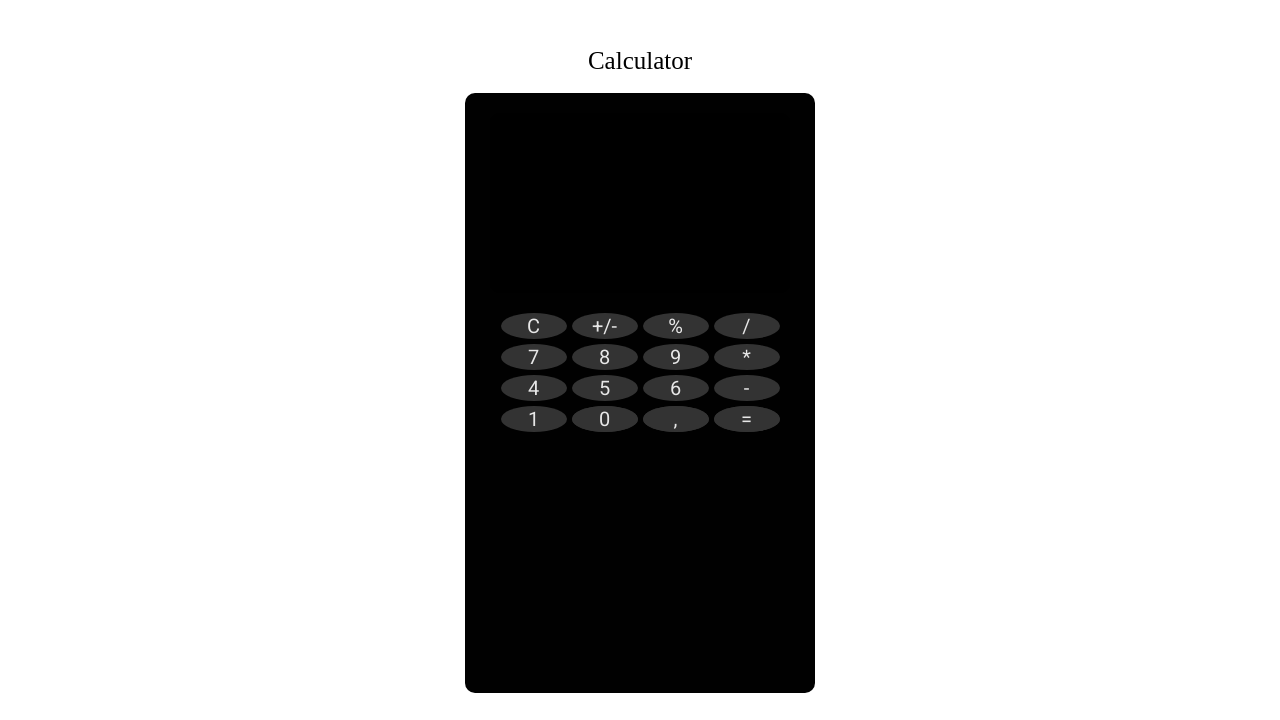
Repository: Gibon9/SimpleCalc
Page: index.html
The author's editor kept a copy of each file at every save. The page is drawn from the files as they stood at one save, then again after the next save.
The browser window is 1280 px wide. The pictures show the whole page.
Some web fonts or font styles are not loaded; a fallback is used.

Above is the page before, as saved 2020-11-27 19:32:22.

### index.html
<!DOCTYPE html>
<html lang="en">
  <head>
    <meta charset="UTF-8" />
    <meta name="viewport" content="width=device-width, initial-scale=1.0" />
    <link rel="stylesheet" href="style/reset.css" />
    <link rel="stylesheet" href="style/style.css" />
    <title>Calculator</title>
  </head>

  <body>
    <main class="main">
      <h1 class="title">Calculator</h1>
      <section class="clac">
        <div class="calc-display" id="display"></div>
        <section class="keyboard" id="keyboard">
          <button class="calc-button c-btn" id="clear">C</button>
          <button class="calc-button plus-minus-btn" id="plus-minus">
            +/-
          </button>
          <button class="calc-button percent-btn" id="percent">%</button>
          <button class="calc-button one-btn" id="btn1">1</button>
          <button class="calc-button two-btn" id="btn2">2</button>
          <button class="calc-button three-btn" id="btn3">3</button>
          <button class="calc-button four-btn" id="btn4">4</button>
          <button class="calc-button five-btn" id="btn5">5</button>
          <button class="calc-button six-btn" id="btn6">6</button>
          <button class="calc-button seven-btn" id="btn7">7</button>
          <button class="calc-button eight-btn" id="btn8">8</button>
          <button class="calc-button nine-btn" id="btn9">9</button>
          <button class="calc-button zero-btn" id="btn0">0</button>
          <button class="calc-button plus-btn" id="plus">+</button>
          <button class="calc-button minus-btn" id="minus">-</button>
          <button class="calc-button divide-btn" id="divide">/</button>
          <button class="calc-button multiply-btn" id="multiply">*</button>
          <button class="calc-button equal-btn" id="equal">=</button>
          <button class="calc-button coma-btn" id="coma">,</button>
        </section>
      </section>
    </main>
    <script src="./index.js"></script>
  </body>
</html>

### style/style.css
@import url("https://fonts.googleapis.com/css2?family=Roboto&family=Saira+Stencil+One&display=swap");

:root {
  --background-color: #010101;
  --display-color: black;
  --primary-btn-color: ##a5a5a5;
  --secondary-color: #333333;
  --secondary-btn-color: #fd9624;
  --text-color: #e7e7e7;
}

.calc-display,
.title {
  font-family: "Saira Stencil One", cursive;
}

.calc-button {
  font-family: "Roboto", sans-serif;
}

.main {
  display: flex;
  flex-direction: column;
  justify-content: center;
  align-items: center;
  width: 100vw;
  height: 100vh;
}

.title {
  font-size: 25px;
  margin: 20px 0;
}

.clac {
  width: 350px;
  height: 600px;
  background-color: var(--background-color);
  border-radius: 10px;
}

.calc-display {
  margin: 20px auto;
  width: 300px;
  height: 30%;
  background-color: var(--display-color);
  color: var(--primary-color);
  border-radius: 10px;
  font-size: 40px;
}

.keyboard {
  display: grid;
  grid-template-columns: repeat(10, 1fr);
  grid-template-rows: repeat(12, 1fr);
  gap: 5px 5px;
}

.calc-button {
  font-size: 20px;
  color: var(--text-color);
  background-color: var(--secondary-color);
  border-radius: 50%;
  border: none;
}

.c-btn {
  grid-column: 2/4;
  grid-row: 1/3;
}

.plus-minus-btn {
  grid-column: 4/6;
  grid-row: 1/3;
}

.percent-btn {
  grid-column: 6/8;
  grid-row: 1/3;
}

.divide-btn {
  grid-column: 8/10;
  grid-row: 1/3;
}

.seven-btn {
  grid-column: 2/4;
  grid-row: 3/5;
}

.eight-btn {
  grid-column: 4/6;
  grid-row: 3/5;
}

.nine-btn {
  grid-column: 6/8;
  grid-row: 3/5;
}

.multiply-btn {
  grid-column: 8/10;
  grid-row: 3/5;
}

.four-btn {
  grid-column: 2/4;
  grid-row: 5/7;
}

.five-btn {
  grid-column: 4/6;
  grid-row: 5/7;
}

.six-btn {
  grid-column: 6/8;
  grid-row: 5/7;
}

.minus-btn {
  grid-column: 8/10;
  grid-row: 5/7;
}

.one-btn {
  grid-column: 2/4;
  grid-row: 7/9;
}

.two-btn {
  grid-column: 4/6;
  grid-row: 7/9;
}

.three-btn {
  grid-column: 6/8;
  grid-row: 7/9;
}

.plus-btn {
  grid-column: 8/10;
  grid-row: 7/9;
}

.zero-btn {
  grid-column: 4/6;
  grid-row: 7/9;
}

.coma-btn {
  grid-column: 6/8;
  grid-row: 7/9;
}

.equal-btn {
  grid-column: 8/10;
  grid-row: 7/9;
}

Loaded but not shown: style/reset.css (common file); index.js (no copy from this time; the picture is the same without it)

After the next save:
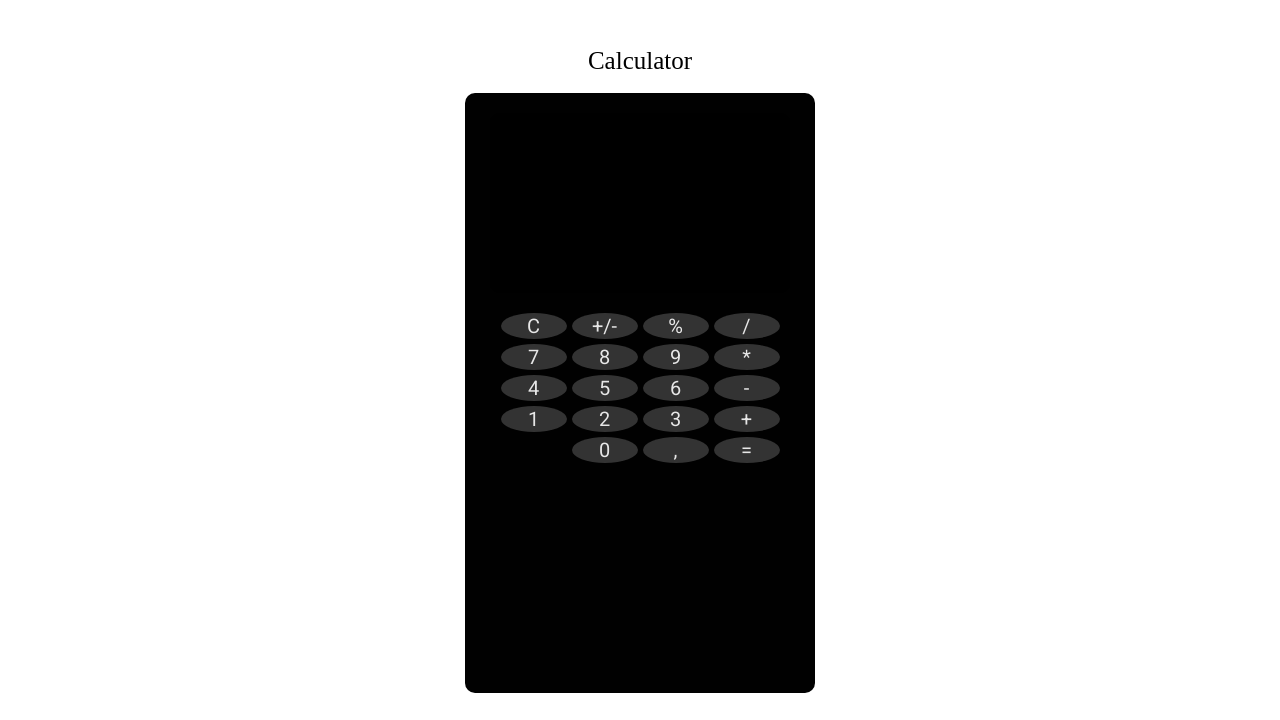
Saved 28 s later.
--- a/style/style.css
+++ b/style/style.css
@@ -146,15 +146,15 @@
 
 .zero-btn {
   grid-column: 4/6;
-  grid-row: 7/9;
+  grid-row: 9/11;
 }
 
 .coma-btn {
   grid-column: 6/8;
-  grid-row: 7/9;
+  grid-row: 9/11;
 }
 
 .equal-btn {
   grid-column: 8/10;
-  grid-row: 7/9;
+  grid-row: 9/11;
 }
